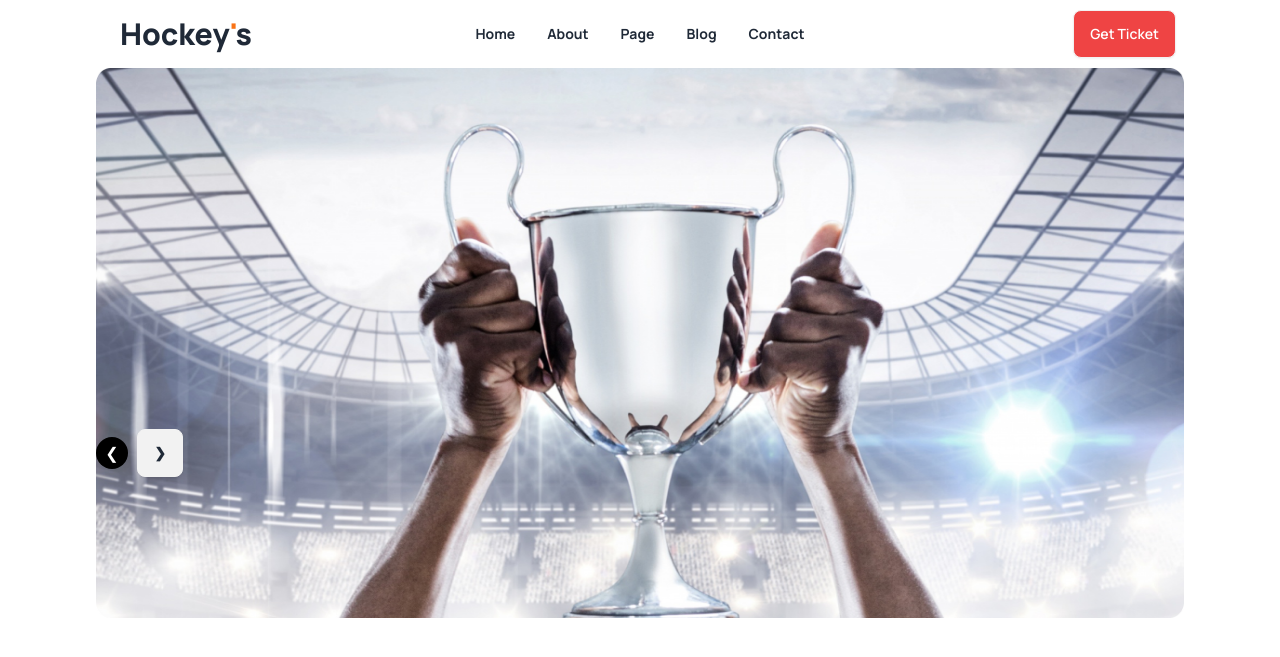
Repository: RudrasahaDibos/Hockey-
Page: index.html
The author's editor kept a copy of each file at every save. The page is drawn from the files as they stood at one save, then again after the next save.
The browser window is 1280 px wide. The pictures show the whole page.
Some web libraries are served in a nearby version.

Above is the page before, as saved 2024-10-23 19:24:21.

### index.html
<!DOCTYPE html>
<html lang="en">
<head>
    <meta charset="UTF-8">
    <meta name="viewport" content="width=device-width, initial-scale=1.0">
    <title>Hockeys</title>
    <!-- Tailwinds css -->
    <link href="https://cdn.jsdelivr.net/npm/daisyui@4.12.13/dist/full.min.css" rel="stylesheet" type="text/css" />
    <script src="https://cdn.tailwindcss.com"></script>
    <!-- Font asome -->
    <link rel="stylesheet" href="https://cdnjs.cloudflare.com/ajax/libs/font-awesome/6.6.0/css/all.min.css" integrity="sha512-Kc323vGBEqzTmouAECnVceyQqyqdsSiqLQISBL29aUW4U/M7pSPA/gEUZQqv1cwx4OnYxTxve5UMg5GT6L4JJg==" crossorigin="anonymous" referrerpolicy="no-referrer" />
   <!-- tailwind custom css -->
   <script>
    tailwind.config = {
      theme: {
        extend: {
          colors: {
            clifford: '#da373d',
          }
        }
      }
    }
  </script>
  <!-- google Font  -->
  <link rel="preconnect" href="https://fonts.googleapis.com">
  <link rel="preconnect" href="https://fonts.gstatic.com" crossorigin>
  <link href="https://fonts.googleapis.com/css2?family=Manrope:wght@200..800&display=swap" rel="stylesheet">

  <style>
.manrope {
  font-family: "Manrope", serif;
}
  </style>

</head>
<body class="manrope">
    <!-- header section start here -->
       <header class="container mx-auto lg:px-24 px-8">
                 <!-- navber start here -->
                     <nav>
                        <div class="navbar bg-base-100">
                            <div class="navbar-start">
                              <div class="dropdown">
                                <div tabindex="0" role="button" class="  lg:hidden">
                                  <svg
                                    xmlns="http://www.w3.org/2000/svg"
                                    class="h-5 w-5"
                                    fill="none"
                                    viewBox="0 0 24 24"
                                    stroke="currentColor">
                                    <path
                                      stroke-linecap="round"
                                      stroke-linejoin="round"
                                      stroke-width="2"
                                      d="M4 6h16M4 12h8m-8 6h16" />
                                  </svg>
                                </div>
                                <ul
                                  tabindex="0"
                                  class="menu menu-sm dropdown-content bg-base-100 rounded-box z-[1] mt-3 w-52 p-2 shadow">

                                    <li><a>Home</a></li>
                                    <li><a>About</a></li>
                                    <li><a>Page</a></li>
                                    <li><a>Blog</a></li>
                                    <li><a>Contact</a></li>

                                </ul>
                              </div>

                              <a class=" ml-4 text-3xl font-extrabold ">Hockey<span class="text-orange-500">'</span>s</a>

                            </div>
                            <div class="navbar-center hidden lg:flex">
                              <ul class="menu menu-horizontal px-1">
                                <li class="hover:text-orange-500 font-bold"><a>Home</a></li>
                                <li  class="hover:text-orange-500 font-bold"><a>About</a></li>
                                <li  class="hover:text-orange-500 font-bold"><a>Page</a></li>
                                <li  class="hover:text-orange-500 font-bold"><a>Blog</a></li>
                                <li  class="hover:text-orange-500 font-bold"><a>Contact</a></li>
                              </ul>
                            </div>
                            <div class="navbar-end  lg:ml-0 ml-20">

                              <a class="btn bg-red-500 text-white  ">Get Ticket</a>
                            </div>
                          </div>
                     </nav>
                 <!-- navber end here -->

                  <!-- banner start here -->
                     <div>
                      <div class="carousel w-full">
                        <div id="slide1" class="carousel-item relative w-full ">
                          <img
                            src="Images/1.png"
                            class="w-full lg:h-[550px] " />
                          <div class="absolute lg:left-0 lg:right-0 lg:top-[60%] left-5 top-[60%] flex -translate-y-1/2 transform gap-4">
                            <div class=" h-8 w-8 rounded-full bg-black text-white flex justify-center items-center ">
                              <a href="#slide4" class="lg:btn lg:btn-circle">❮</a>
                            </div>
                            <div class="h-8 w-8 rounded-full bg-black text-white flex justify-center items-center">
                              <a href="#slide2" class="btn lg:btn-circle ">❯</a>
                            </div>
                          </div>
                        </div>
                        <div id="slide2" class="carousel-item relative w-full">
                          <img
                            src="Images/2.png"
                            class="w-full" />
                          <div class="absolute left-5 right-5 top-1/2 flex -translate-y-1/2 transform justify-between">
                            <a href="#slide1" class="btn btn-circle">❮</a>
                            <a href="#slide3" class="btn btn-circle">❯</a>
                          </div>
                        </div>
                        <div id="slide3" class="carousel-item relative w-full">
                          <img
                            src="Images/3.png"
                            class="w-full" />
                          <div class="absolute left-5 right-5 top-1/2 flex -translate-y-1/2 transform justify-between">
                            <a href="#slide2" class="btn btn-circle">❮</a>
                            <a href="#slide4" class="btn btn-circle">❯</a>
                          </div>
                        </div>
                        <div id="slide4" class="carousel-item relative w-full">
                          <img
                            src="Images/4.png"
                            class="w-full" />
                          <div class="absolute left-5 right-5 top-1/2 flex -translate-y-1/2 transform justify-between">
                            <a href="#slide3" class="btn btn-circle">❮</a>
                            <a href="#slide1" class="btn btn-circle">❯</a>
                          </div>
                        </div>
                      </div>



                     </div>


                   <!-- banner end here -->
       </header>
       <!-- Header section End here -->

       <!-- Main secetion start here  -->
        <main>

        </main>
        <!-- main section end here -->

</body>
</html>

After the next save:
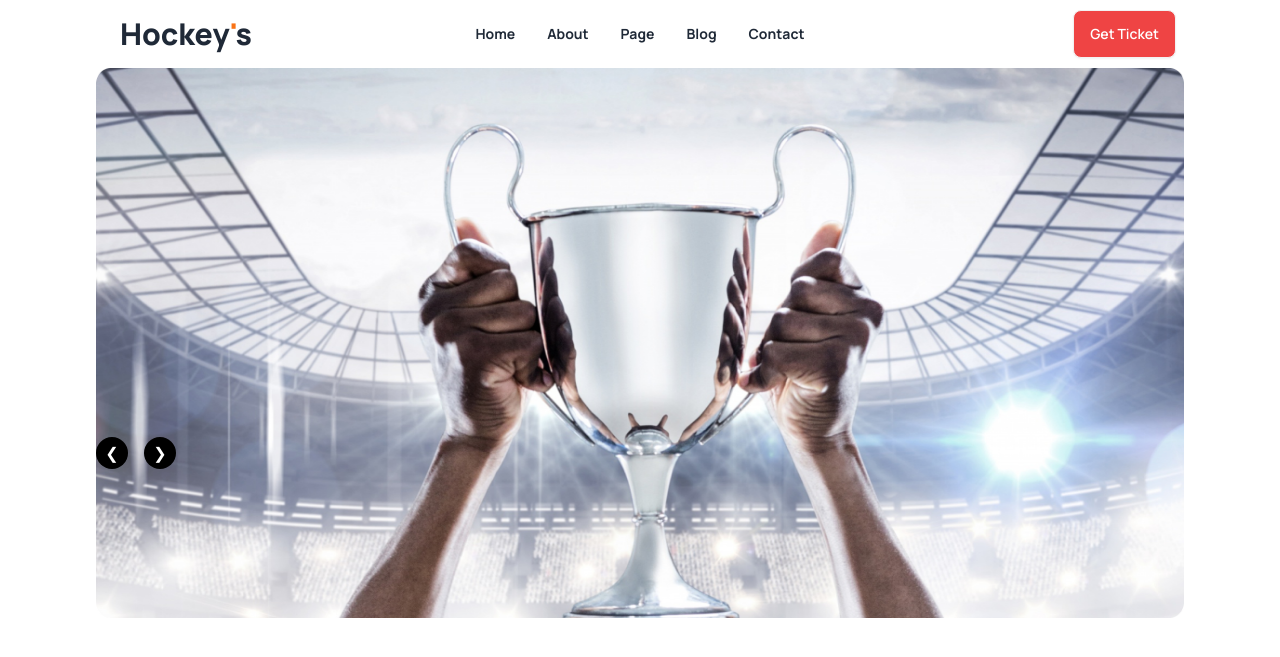
Saved 5 s later.
--- a/index.html
+++ b/index.html
@@ -100,7 +100,7 @@
                               <a href="#slide4" class="lg:btn lg:btn-circle">❮</a>
                             </div>
                             <div class="h-8 w-8 rounded-full bg-black text-white flex justify-center items-center">
-                              <a href="#slide2" class="btn lg:btn-circle ">❯</a>
+                              <a href="#slide2" class="lg:btn lg:btn-circle ">❯</a>
                             </div>
                           </div>
                         </div>
